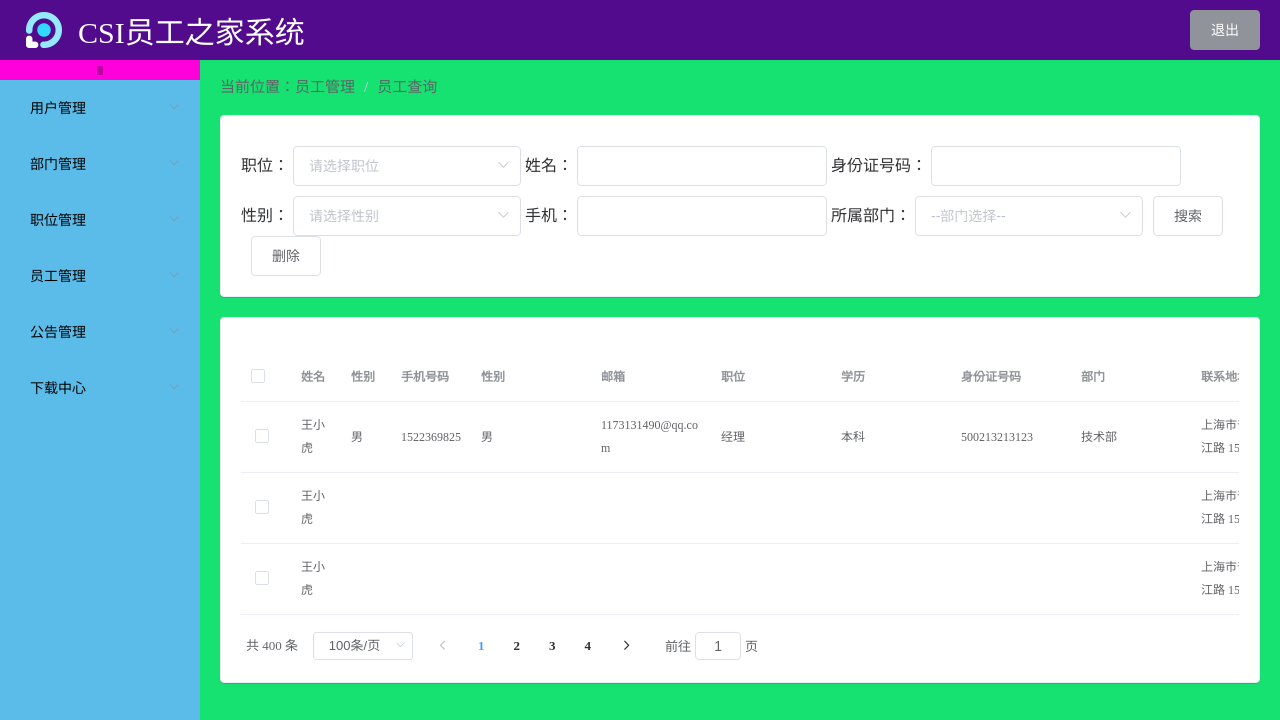
Repository: YUNjwyao/vue_hrm
Page: /#/employee
An editor plug-in stored every save of this project. The page is shown before and after the next save, followed by the edit.
The browser window is 1280 px wide. The pictures show the whole page.
The project was rebuilt for these pictures with package versions that can differ from the ones it lists, and the page was loaded fresh each time. Also part of the build but not shown: src/components/Login.vue, src/components/Face/Face.vue, src/components/Employee/ShowAddEmployee.vue, src/components/Employee/ShowUpdateEmployee.vue, src/components/Notice/Notice.vue, src/components/Notice/ShowUpdateNotice.vue, src/components/Notice/ShowAddNotice.vue, src/components/Document/Document.vue and 2 more.

Above is the page before, as saved 2020-10-16 10:35:03.

### src/main.js
import Vue from 'vue'
import App from './App.vue'
import router from './router'
import store from './store'
import './plugins/element.js'
import './assets/css/global.css'

// import axios from 'axios'
// // 配置请求的根路径
// axios.defaults.baseURL = 'http://127.0.0.1:8888/api/private/v1/'
// // 通过axios 请求拦截器添加token,保证拥有获取数据的权限
// axios.interceptors.request.use (config => {
//   //为请求头对象，添加Token验证的Authorization字段
//   config.headers.Authorization = window.sessionStorage.getItem('token')
//   return config
// })
// Vue.prototype.$http = axios

Vue.config.productionTip = false

new Vue({
  router,
  store,
  render: h => h(App)
}).$mount('#app')

### src/App.vue
<template>
  <div id="app">
     <!-- 路由占位符 -->
     <router-view></router-view>
  </div>
</template>

<script>

export default {

}
</script>

<style lang="less" scoped>

</style>

### src/router/index.js
import Vue from "vue";
import VueRouter from "vue-router";
import Login from "../components/Login.vue"
import Face from "../components/Face/Face.vue"
import Home from "../components/Home.vue"

import EmployeeQuery from "../components/Employee/EmployeeQuery.vue";
import ShowAddEmployee from "../components/Employee/ShowAddEmployee.vue";
import ShowUpdateEmployee from "../components/Employee/ShowUpdateEmployee.vue";
import Notice from "../components/Notice/Notice.vue";
import UpdateNotice from "../components/Notice/ShowUpdateNotice.vue";
import AddNotice from "../components/Notice/ShowAddNotice.vue";
import Document from "../components/Document/Document.vue";
import UpdateDocument from "../components/Document/ShowUpdateDocument.vue";
import AddDocument from "../components/Document/ShowAddDocument.vue";

Vue.use(VueRouter);

const routes = [
  { path: "/", redirect: "/login" },
  {
    path: '/login',component: Login
  },
  {
    path: '/home',
    component: Home,
    children: [
  {
    path: '/face',component: Face
  },
  {
    path: "/employee",
    component: EmployeeQuery,
  },
  {
    path: "/addEmployee",
    component: ShowAddEmployee,
  },
  {
    path: "/updateEmployee",
    component: ShowUpdateEmployee,
  },
  {
    path: "/notice",
    component: Notice,
  },
  {
    path: "/updateNotice",
    component: UpdateNotice,
  },
  {
    path: "/addNotice",
    component: AddNotice,
  },
  {
    path: "/document",
    component: Document,
  },
  {
    path: "/updateDocument",
    component: UpdateDocument,
  },
  {
    path: "/addDocument",
    component: AddDocument,
  }]
  }
];

const router = new VueRouter({
  routes,
});

export default router;

### src/plugins/element.js
import Vue from 'vue'
import {
    Button,
    Breadcrumb,
    BreadcrumbItem,
    Card,
    Select,
    Option,
    Input,
    Row,
    Table,
    TableColumn,
    Pagination,
    Form,
    FormItem,
    Container,
    Header,
    Aside,
    Menu,
    Submenu,
    MenuItem,
    Main
} from 'element-ui'


Vue.use(Button)
Vue.use(Breadcrumb)
Vue.use(BreadcrumbItem)
Vue.use(Card)
Vue.use(Select)
Vue.use(Option)
Vue.use(Input)
Vue.use(Row)
Vue.use(Table)
Vue.use(TableColumn)
Vue.use(Pagination)
Vue.use(Form)
Vue.use(FormItem)
Vue.use(Container)
Vue.use(Header)
Vue.use(Aside)
Vue.use(Menu)
Vue.use(Submenu)
Vue.use(MenuItem)
Vue.use(Main)

### src/assets/css/global.css
/* 全局样式表 */
html,
body,
#app {
    height: 100%;
    margin: 0;
    padding: 0;
}
.el-breadcrumb {
    margin-bottom: 15px;
    font-size: 15px;
}
.el-card {
    box-shadow: 0 1px 1px rgba(0, 0, 0, 0.15) !important;
}
.el-table {
    margin-bottom: 15px;
    font-size: 12px;
    margin-top: 15px;
}
.el-steps {
    margin: 15px 0;
}
.el-step__title {
    font-size: 13px;
}
.el-cascader-panel {
    height: 200px
}
.ql-editor {
    min-height: 300px;
 }

### src/components/Home.vue
<template>
 <!-- 整个页面区域 -->
  <el-container>
      <!-- 页面标题 -->
  <el-header>
      <div>
          <img src="../assets/images/icon.png" alt="">
          <span>CSI员工之家系统</span>
      </div>
      <el-button type="info" @click="logout">退出</el-button>
  </el-header>
  <!-- 页面主体部分 -->
  <el-container>
    <el-aside :width="isCollapse? '64px' : '200px'">
        <div class="collapse" @click="toggleCollapse">|||</div>
        <!-- 侧边栏菜单区域 -->
       <el-menu
      background-color="rgb(91, 188, 233)"
      text-color="#000"
      active-text-color="#409bff"
      :unique-opened="true"
      :collapse="isCollapse"
      :collapse-transition="false"
      router
      :default-active="activePath">
      <!-- 一级菜单 -->
      <el-submenu :index="item.id+''" v-for="item in menulist" :key="item.id">
          <!-- 一级菜单模板区域 -->
        <template slot="title">
            <!-- 图标 -->
          <i :class="iconsObj[item.id]"></i>
             <!-- 文本 -->
          <span>{{ item.authName }}</span>
        </template>
        <!-- 二级菜单 -->
        <el-menu-item
        :index="'/'+subItem.path"
        v-for="subItem in item.children"
        :key='subItem.id'
        @click="savNavState('/'+subItem.path)">
            <template slot="title">
            <!-- 图标 -->
          <i class="el-icon-menu"></i>
             <!-- 文本 -->
          <span>{{ subItem.authName }}</span>
        </template>
        </el-menu-item>
      </el-submenu>
    </el-menu>
    </el-aside>
    <el-main>
        <router-view></router-view>
    </el-main>
  </el-container>
</el-container>

</template>

<script>
export default {
    data () {
        return {
            // 左侧菜单数据
            menulist: [
                {
            "id": 101,
            "authName": "用户管理",
            "path": '/home',
            "children": [
                {
                    "id": 104,
                    "authName": "用户查询",
                    "path": '',
                    "children": []
                },
                {
                    "id": 104,
                    "authName": "添加用户",
                    "path": '',
                    "children": []
                }
            ]
        },
         {
            "id": 101,
            "authName": "部门管理",
            "path": null,
            "children": [
                {
                    "id": 104,
                    "authName": "部门查询",
                    "path": null,
                    "children": []
                },
                {
                    "id": 104,
                    "authName": "添加部门",
                    "path": null,
                    "children": []
                }
            ]
        },
         {
            "id": 101,
            "authName": "职位管理",
            "path": null,
            "children": [
                {
                    "id": 104,
                    "authName": "职位查询",
                    "path": null,
                    "children": []
                },
                {
                    "id": 104,
                    "authName": "添加职位",
                    "path": null,
                    "children": []
                }
            ]
         },
          {
            "id": 101,
            "authName": "员工管理",
            "path": '/home',
            "children": [
                {
                    "id": 104,
                    "authName": "员工查询",
                    "path": 'employee',
                    "children": []
                },
                {
                    "id": 104,
                    "authName": "添加员工",
                    "path": 'addEmployee',
                    "children": []
                }
            ]
        },
         {
            "id": 101,
            "authName": "公告管理",
            "path": '/home',
            "children": [
                {
                    "id": 104,
                    "authName": "公告查询",
                    "path": 'notice',
                    "children": []
                },
                {
                    "id": 104,
                    "authName": "添加公告",
                    "path": 'addNotice',
                    "children": []
                }
            ]
        },
         {
            "id": 101,
            "authName": "下载中心",
            "path": '/home',
            "children": [
                {
                    "id": 104,
                    "authName": "文档查询",
                    "path": 'document',
                    "children": []
                },
                {
                    "id": 104,
                    "authName": "上传文档",
                    "path": 'addDocument',
                    "children": []
                }
            ]
        }
            ],
            // 自定义字体图标
            iconsObj: {
                '125': 'iconfont icon-user',
                '103': 'iconfont icon-tijikongjian',
                '101': 'iconfont icon-shangpin',
                '102': 'iconfont icon-danju',
                '145': 'iconfont baobiao'
            },
            // 是否折叠
            isCollapse: false,
            // 被激活的链接
            activePath: ''
        }
    },
    created () {
       this.getMenuList();
       this.activePath = window.sessionStorage.getItem('activePath');
    },
    methods: {
        // 自定义方法
        logout () {
            // 清空token
            window.sessionStorage.clear();
            // 编程式导航重定向
            this.$router.push('/login');
        },
       // 点击按钮折叠菜单栏
       toggleCollapse () {
         this.isCollapse = ! this.isCollapse;
       },
       //保存导航链接的激活状态
       savNavState (activePath) {
          window.sessionStorage.setItem('activePath',activePath);
          this.activePath = activePath;
       }
    }
}
</script>

<style lang="less" scoped>
.el-container {
    height: 100%;
}
.el-header {
    background-color: rgb(82, 11, 141);
    display: flex;
    justify-content: space-between;
    align-items: center;
    > div {
        display: flex;
        align-items: center;
        color: #fff;
        font-size: 30px;
        span {
            padding-left: 10px;
        }
    }
}
.el-aside {
    background-color: rgb(91, 188, 233);
    .el-menu {
        border-right: 0;
    }
}
.el-main {
    background-color: rgb(22, 226, 114);
}
.iconfont {
    margin-right: 10px;
}
.collapse {
    height: 20px;
    background-color: rgb(255, 0, 221);
    text-align: center;
    line-height: 20px;
    font-size: 10px;
}
</style>

### src/components/Employee/EmployeeQuery.vue
<template>
  <div class="employee">
    <!-- 面包屑导航 -->
    <el-breadcrumb separator="/">
      <el-breadcrumb-item>当前位置：员工管理</el-breadcrumb-item>
      <el-breadcrumb-item><a href="/">员工查询</a></el-breadcrumb-item>
    </el-breadcrumb>
    <!-- 查询输入框 -->
    <el-card>
      <el-row>
        职位：
        <el-select v-model="value" placeholder="请选择职位">
          <el-option
            v-for="item in options"
            :key="item.value"
            :label="item.label"
            :value="item.value"
          >
          </el-option>
        </el-select>
        姓名：
        <el-input v-model="input"></el-input>
        身份证号码：
        <el-input v-model="input"></el-input>
      </el-row>
      <el-row>
        性别：
        <el-select v-model="value" placeholder="请选择性别">
          <el-option
            v-for="item in optionsSex"
            :key="item.value"
            :label="item.label"
            :value="item.value"
          >
          </el-option>
        </el-select>
        手机：
        <el-input v-model="input"></el-input>
        所属部门：
        <el-select v-model="value" placeholder="--部门选择--">
          <el-option
            v-for="item in optionsDoor"
            :key="item.value"
            :label="item.label"
            :value="item.value"
          >
          </el-option>
        </el-select>
        <el-button>搜索</el-button>
        <el-button>删除</el-button>
      </el-row>
    </el-card>
    <!-- Table表格 -->
    <el-card>
      <el-table
        ref="multipleTable"
        :data="tableData"
        tooltip-effect="dark"
        style="width: 100%"
        @selection-change="handleSelectionChange"
      >
        <el-table-column type="selection" width="50"> </el-table-column>
        <el-table-column prop="name" label="姓名" width="50">
          <template slot-scope="scope">{{ scope.row.name }}</template>
        </el-table-column>
        <el-table-column prop="sex" label="性别" width="50"> </el-table-column>
        <el-table-column prop="phone" label="手机号码" width="80">
        </el-table-column>
        <el-table-column prop="sex" label="性别" width="120"> </el-table-column>
        <el-table-column prop="email" label="邮箱" width="120">
        </el-table-column>
        <el-table-column prop="job" label="职位" width="120"> </el-table-column>
        <el-table-column prop="education" label="学历" width="120">
        </el-table-column>
        <el-table-column prop="IdNumber" label="身份证号码" width="120">
        </el-table-column>
        <el-table-column prop="door" label="部门" width="120">
        </el-table-column>
        <el-table-column prop="address" label="联系地址" width="120">
        </el-table-column>
        <el-table-column prop="date" label="建档日期" width="120">
        </el-table-column>
        <el-table-column label="操作" width="120"> </el-table-column>
      </el-table>
      <!-- 分页 -->
      <el-pagination
        @size-change="handleSizeChange"
        @current-change="handleCurrentChange"
        :current-page="currentPage4"
        :page-sizes="[100, 200, 300, 400]"
        :page-size="100"
        layout="total, sizes, prev, pager, next, jumper"
        :total="400"
      >
      </el-pagination>
    </el-card>
  </div>
</template>

<script>
export default {
  data() {
    return {
      options: [
        {
          value: "选项1",
          label: "经理",
        },
        {
          value: "选项2",
          label: "职员",
        },
      ],
      optionsSex: [
        {
          value: "选项1",
          label: "男",
        },
        {
          value: "选项2",
          label: "女",
        },
      ],
      optionsDoor: [
        {
          value: "选项1",
          label: "技术部",
        },
        {
          value: "选项2",
          label: "运营部",
        },
      ],
      tableData: [
        {
          name: "王小虎",
          sex: "男",
          phone: "1522369825",
          email: "1173131490@qq.com",
          job: "经理",
          education: "本科",
          IdNumber: "500213213123",
          door: "技术部",
          address: "上海市普陀区金沙江路 1518 弄",
          date: "2016-12-03",
        },
        {
          date: "2016-05-02",
          name: "王小虎",
          address: "上海市普陀区金沙江路 1518 弄",
        },
        {
          date: "2016-05-04",
          name: "王小虎",
          address: "上海市普陀区金沙江路 1518 弄",
        },
      ],
      multipleSelection: [],
    };
  },
  methods: {
    toggleSelection(rows) {
      if (rows) {
        rows.forEach((row) => {
          this.$refs.multipleTable.toggleRowSelection(row);
        });
      } else {
        this.$refs.multipleTable.clearSelection();
      }
    },
    handleSelectionChange(val) {
      this.multipleSelection = val;
    },
  },
};
</script>

<style lang="less" scoped>
.el-card {
  margin-top: 20px;
}
.el-input {
  width: 250px;
}
.el-row {
  margin-top: 10px;
}
.el-button {
  margin-left: 10px;
}
</style>

Loaded but not shown: public/index.html (common file); src/store/index.js (common file)

After the next save:
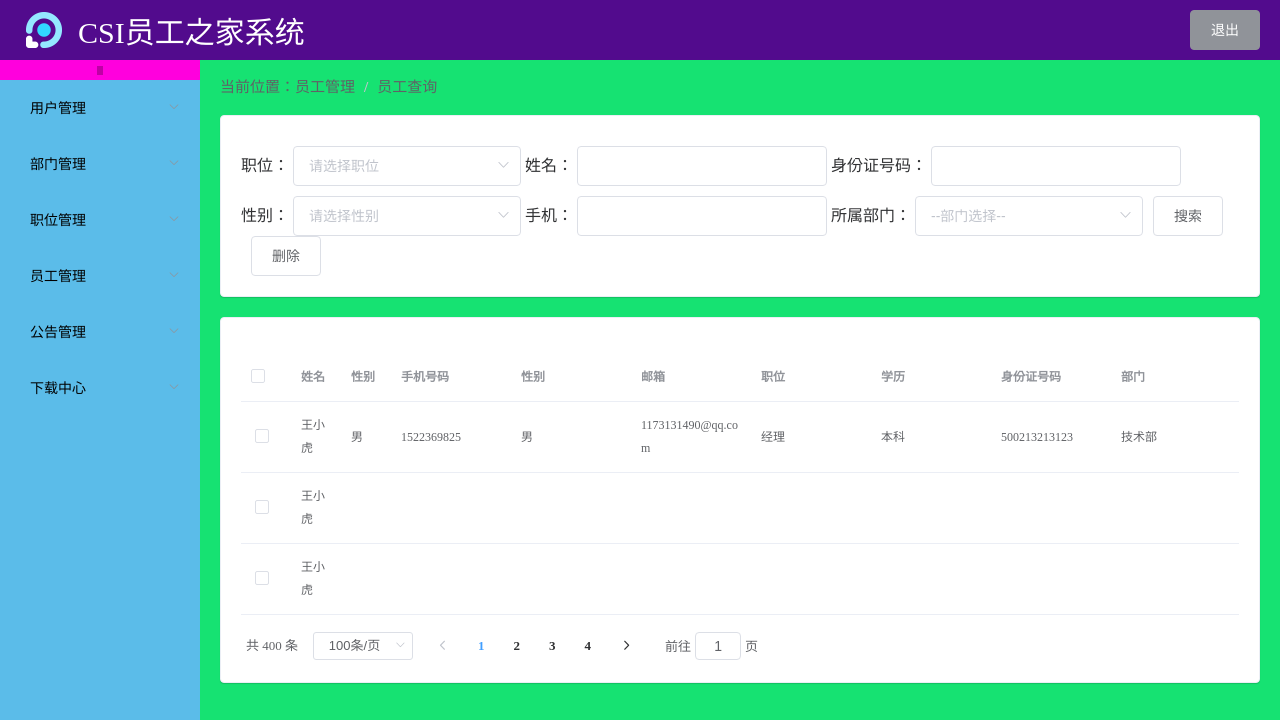
Saved 8 s later.
--- a/src/components/Employee/EmployeeQuery.vue
+++ b/src/components/Employee/EmployeeQuery.vue
@@ -64,7 +64,7 @@
           <template slot-scope="scope">{{ scope.row.name }}</template>
         </el-table-column>
         <el-table-column prop="sex" label="性别" width="50"> </el-table-column>
-        <el-table-column prop="phone" label="手机号码" width="80">
+        <el-table-column prop="phone" label="手机号码" width="120">
         </el-table-column>
         <el-table-column prop="sex" label="性别" width="120"> </el-table-column>
         <el-table-column prop="email" label="邮箱" width="120">
